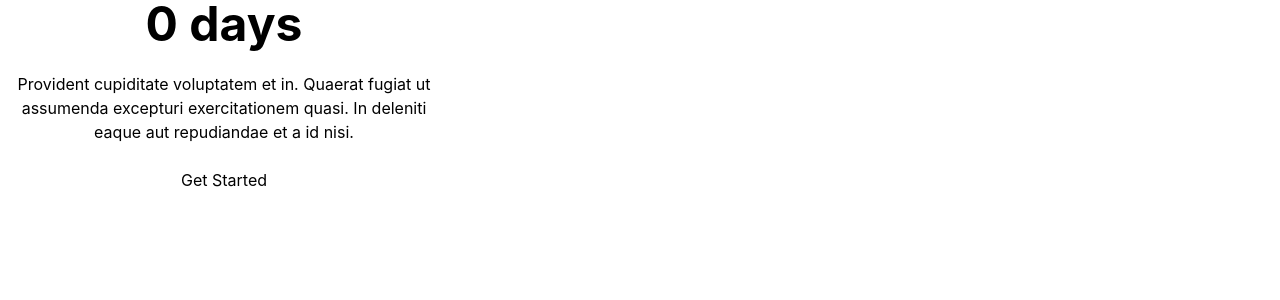
Repository: RahmanRakib9/TwentyOne
Page: /
These files come from the project's save history. The page is drawn as it stood at one moment and after the next save; the edit follows.
The browser window is 1280 px wide. The pictures show the whole page.
The project was rebuilt for these pictures with package versions that can differ from the ones it lists, and the page was loaded fresh each time.

Above is the page before, as saved 2022-10-13 17:40:02.

### src/index.css
/* tailwind css directives */
@tailwind base;
@tailwind components;
@tailwind utilities;

body {
  margin: 0;
  font-family: -apple-system, BlinkMacSystemFont, 'Segoe UI', 'Roboto', 'Oxygen',
    'Ubuntu', 'Cantarell', 'Fira Sans', 'Droid Sans', 'Helvetica Neue',
    sans-serif;
  -webkit-font-smoothing: antialiased;
  -moz-osx-font-smoothing: grayscale;
}

code {
  font-family: source-code-pro, Menlo, Monaco, Consolas, 'Courier New',
    monospace;
}

### src/App.js
import React from 'react';
import Timer from './components/Timer';
import './App.css'

const App = () => {
  return (
    <div className='App'>
      <Timer></Timer>
    </div>
  );
};

export default App;

### src/components/Timer.js
import React from "react";
import useCountdown from "../hooks/useCountdown";

const Timer = () => {
  const [second, minute, hour, day] = useCountdown();
  return (
    <div class="hero min-h-screen bg-base-200">
      <div class="hero-content text-center">
        <div class="max-w-md">
          <h1 class="text-5xl font-bold">{day} days {}</h1>
          <p class="py-6">
            Provident cupiditate voluptatem et in. Quaerat fugiat ut assumenda
            excepturi exercitationem quasi. In deleniti eaque aut repudiandae et
            a id nisi.
          </p>
          <button class="btn btn-primary">Get Started</button>
        </div>
        <div>

        </div>
      </div>
    </div>
  );
};

export default Timer;

### src/hooks/useCountdown.js
/* eslint-disable react-hooks/exhaustive-deps */
import React, { useEffect, useState } from "react";

const useCountdown = () => {
  // state declaration for updating second, minute, and an hour respectively
  const [second, setSecond] = useState(0);
  const [minute, setMinute] = useState(0);
  const [hour, setHour] = useState(0);
  const [day, setDay] = useState(0);

  let timer;
  useEffect(() => {
    timer = setInterval(() => {
      setSecond(second + 1);

      if (second === 59) {
        setMinute(minute + 1);
        setSecond(0);
      }

      if (minute === 59) {
        setHour(hour + 1);
        setMinute(0);
      }

      if (hour === 23 && minute === 59) {
        setDay(day + 1);
        setHour(0);
        setMinute(0);
      }



    }, 1000);

    return () => clearInterval(timer);
  });
  return [second, minute, hour,day];
};

export default useCountdown;

### tailwind.config.js
/** @type {import('tailwindcss').Config} */
module.exports = {
  content: ["./src/**/*.{html,js}"],
  daisyui: {
    themes: [],
  },
  plugins: [require("daisyui")],
};

Loaded but not shown: public/index.html (common file); src/index.js (common file); src/reportWebVitals.js (common file); src/App.css (common file)

After the next save:
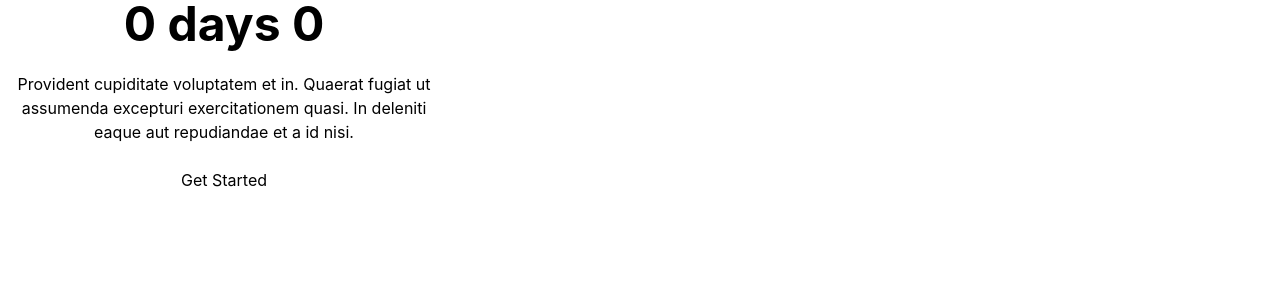
Saved 6 s later.
--- a/src/components/Timer.js
+++ b/src/components/Timer.js
@@ -7,7 +7,7 @@ const Timer = () => {
     <div class="hero min-h-screen bg-base-200">
       <div class="hero-content text-center">
         <div class="max-w-md">
-          <h1 class="text-5xl font-bold">{day} days {}</h1>
+          <h1 class="text-5xl font-bold">{day} days {hour}</h1>
           <p class="py-6">
             Provident cupiditate voluptatem et in. Quaerat fugiat ut assumenda
             excepturi exercitationem quasi. In deleniti eaque aut repudiandae et
